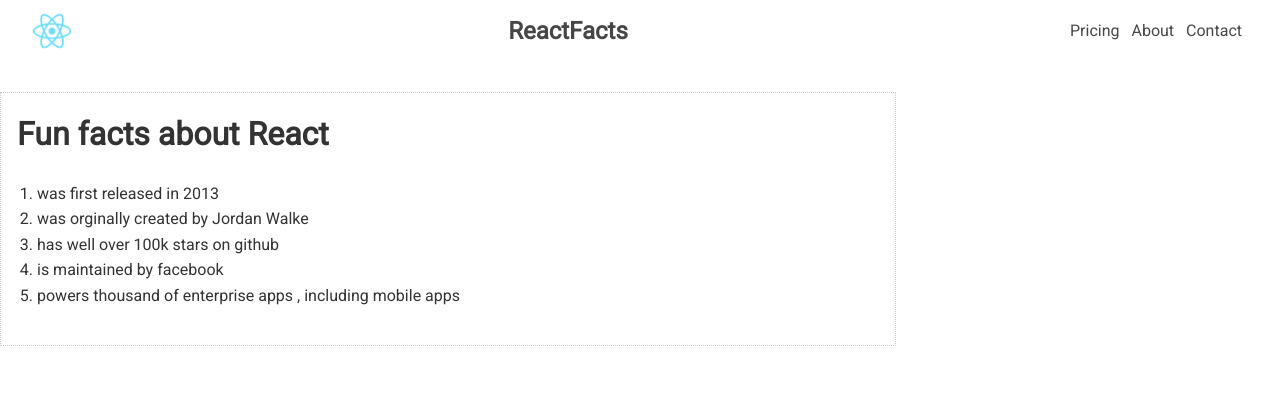
Repository: Richswag009/my-travel-journal
Page: /
The author's editor kept a copy of each file at every save. The page is drawn from the files as they stood at one save, then again after the next save.
The browser window is 1280 px wide. The pictures show the whole page.
The project was rebuilt for these pictures with package versions that can differ from the ones it lists, and the page was loaded fresh each time.

Above is the page before, as saved 2022-06-14 18:18:54.

### public/index.html
<!DOCTYPE html>
<html lang="en">
  <head>
    <meta charset="utf-8" />
    <link rel="icon" href="%PUBLIC_URL%/favicon.ico" />
    <meta name="viewport" content="width=device-width, initial-scale=1" />
    <meta name="theme-color" content="#000000" />
    <meta name="description"content="Web site created using create-react-app"/>
    <link rel="apple-touch-icon" href="%PUBLIC_URL%/logo192.png" />
    <link rel="manifest" href="%PUBLIC_URL%/manifest.json" />
    <title>React Fact</title>
  </head>
  <body>
    <noscript>You need to enable JavaScript to run this app.</noscript>
    <div id="root"></div>

  </body>
</html>

### src/App.js

import React,{Component} from 'react';
import './App.css';
import Maincontent from './component/maincontent/Maincontent';
import Navbar from './component/layout/Navbar';
// import Users from './component/users/Users';
class App extends Component{
  render(){

    return (
      <div className="App">
       <Navbar/>
       <Maincontent/>
        </div>
    );
  }
}

export default App;

### src/App.css
@import url('https://fonts.googleapis.com/css?family=Roboto');

/* Global Styles */
:root {
  --primary-color: #dc3545;
  --dark-color: #333333;
  --light-color: #f4f4f4;
  --danger-color: #dc3545;
  --success-color: #28a745;
}

* {
  box-sizing: border-box;
  margin: 0;
  padding: 0;
}

body {
  font-family: 'Roboto', sans-serif;
  font-size: 1rem;
  line-height: 1.6;
  background-color: #fff;
  color: #333;
}

a {
  color: var(--primary-color);
  text-decoration: none;
}

a:hover {
  color: #666;
}

ul {
  list-style: none;
}

img {
  width: 100%;
}

/* Utilities */
.container {
  max-width: 1100px;
  margin: auto;
  overflow: hidden;
  padding: 0 2rem;
}

/* Text Styles*/
.x-large {
  font-size: 4rem;
  line-height: 1.2;
  margin-bottom: 1rem;
}

.large {
  font-size: 3rem;
  line-height: 1.2;
  margin-bottom: 1rem;
}

.lead {
  font-size: 1.5rem;
  margin-bottom: 1rem;
}

.text-center {
  text-align: center;
}

.text-primary {
  color: var(--primary-color);
}

.text-dark {
  color: var(--dark-color);
}

.text-success {
  color: var(--success-color);
}

.text-danger {
  color: var(--danger-color);
}

.text-center {
  text-align: center;
}

.text-right {
  text-align: right;
}

.text-left {
  text-align: left;
}

/* Center All */
.all-center {
  display: flex;
  flex-direction: column;
  width: 100%;
  margin: auto;
  justify-content: center;
  align-items: center;
  text-align: center;
}

/* Cards */
.card {
  padding: 1rem;
  border: #ccc 1px dotted;
  margin: 0.7rem 0;
}

/* List */
.list {
  margin: 0.5rem 0;
}

.list li {
  padding-bottom: 0.3rem;
}

/* Padding */
.p {
  padding: 0.5rem;
}
.p-1 {
  padding: 1rem;
}
.p-2 {
  padding: 2rem;
}
.p-3 {
  padding: 3rem;
}
.py {
  padding: 0.5rem 0;
}
.py-1 {
  padding: 1rem 0;
}
.py-2 {
  padding: 2rem 0;
}
.py-3 {
  padding: 3rem 0;
}

/* Margin */
.m {
  margin: 0.5rem;
}
.m-1 {
  margin: 1rem;
}
.m-2 {
  margin: 2rem;
}
.m-3 {
  margin: 3rem;
}
.my {
  margin: 0.5rem 0;
}
.my-1 {
  margin: 1rem 0;
}
.my-2 {
  margin: 2rem 0;
}
.my-3 {
  margin: 3rem 0;
}

/* Grid */
.grid-2 {
  display: grid;
  grid-template-columns: repeat(2, 1fr);
  grid-gap: 1rem;
}

.grid-3 {
  display: grid;
  grid-template-columns: repeat(3, 1fr);
  grid-gap: 1rem;
}

.grid-4 {
  display: grid;
  grid-template-columns: repeat(4, 1fr);
  grid-gap: 1rem;
}

.btn {
  display: inline-block;
  background: var(--light-color);
  color: #333;
  padding: 0.4rem 1.3rem;
  font-size: 1rem;
  border: none;
  cursor: pointer;
  margin-right: 0.5rem;
  transition: opacity 0.2s ease-in;
  outline: none;
}

.btn-link {
  background: none;
  padding: 0;
  margin: 0;
}

.btn-block {
  display: block;
  width: 100%;
}

.btn-sm {
  font-size: 0.8rem;
  padding: 0.3rem 1rem;
  margin-right: 0.2rem;
}

.badge {
  display: inline-block;
  font-size: 0.8rem;
  padding: 0.2rem 0.7rem;
  text-align: center;
  margin: 0.3rem;
  background: var(--light-color);
  color: #333;
  border-radius: 5px;
}

.alert {
  padding: 0.7rem;
  margin: 1rem 0;
  opacity: 0.9;
  background: var(--light-color);
  color: #333;
}

.btn-primary,
.bg-primary,
.badge-primary,
.alert-primary {
  background: var(--primary-color);
  color: #fff;
}

.btn-light,
.bg-light,
.badge-light,
.alert-light {
  background: var(--light-color);
  color: #333;
}

.btn-dark,
.bg-dark,
.badge-dark,
.alert-dark {
  background: var(--dark-color);
  color: #fff;
}

.btn-danger,
.bg-danger,
.badge-danger,
.alert-danger {
  background: var(--danger-color);
  color: #fff;
}

.btn-success,
.bg-success,
.badge-success,
.alert-success {
  background: var(--success-color);
  color: #fff;
}

.btn-white,
.bg-white,
.badge-white,
.alert-white {
  background: #fff;
  color: #333;
  border: #ccc solid 1px;
}

.btn:hover {
  opacity: 0.8;
}

.bg-light,
.badge-light {
  border: #ccc solid 1px;
}

.round-img {
  border-radius: 50%;
}

/* Forms */
input {
  margin: 1.2rem 0;
}

.form-text {
  display: block;
  margin-top: 0.3rem;
  color: #888;
}

input[type='text'],
input[type='email'],
input[type='password'],
input[type='date'],
select,
textarea {
  display: block;
  width: 100%;
  padding: 0.4rem;
  font-size: 1.2rem;
  border: 1px solid #ccc;
}

input[type='submit'],
button {
  font: inherit;
}

table th,
table td {
  padding: 1rem;
  text-align: left;
}

table th {
  background: var(--light-color);
}

/* Navbar */
.navbar {
  display: flex;
  justify-content: space-between;
  align-items: center;
  padding: 0.7rem 2rem;
  z-index: 1;
  width: 100%;
  opacity: 0.9;
  margin-bottom: 1rem;
}

.navbar ul {
  display: flex;
}
.navbar ul li{
  padding:0 6px ;
}

.navbar a {
  color: #fff;
  padding: 0.45rem;
  margin: 0 0.25rem;
}

.navbar a:hover {
  color: var(--light-color);
}

.navbar .welcome span {
  margin-right: 0.6rem;
}

/* Mobile Styles */
@media (max-width: 700px) {
  .hide-sm {
    display: none;
  }

  .grid-2,
  .grid-3,
  .grid-4 {
    grid-template-columns: 1fr;
  }

  /* Text Styles */
  .x-large {
    font-size: 3rem;
  }

  .large {
    font-size: 2rem;
  }

  .lead {
    font-size: 1rem;
  }

  /* Navbar */
  .navbar {
    display: block;
    text-align: center;
  }

  .navbar ul {
    text-align: center;
    justify-content: center;
  }
}

### src/component/maincontent/Maincontent.js
import React, { Component } from 'react'

export default class Maincontent extends Component {



    render() {
        return (
            <div className=' grid card ' style={{width:'70%',margin:'30px 0'}}>
               <h1>Fun facts about React</h1>
               <ol style={{margin:'20px'}}>
                <li>was first released in 2013</li>
                <li>was orginally created by Jordan Walke</li>
                <li>has well over 100k stars on github</li>
                <li>is maintained by facebook</li>
                <li>powers thousand of enterprise apps , including mobile apps</li>
               </ol>
            </div>
        )
    }

}

### src/component/layout/Navbar.js
import React, { Component } from 'react'
import logo from '../layout/logo192.png'


export default class Navbar extends Component {


    render() {
        return (
            <div>
                <nav className='navbar'>
                 <img src={logo} alt="" style={{width:'40px',dispaly:'block'}} />
                 <h1>ReactFacts</h1>

                <ul className='px-2'>
                    <li>Pricing </li>
                    <li>About </li>
                    <li>Contact </li>
                </ul>
                </nav>
            </div>
        )
    }
}

Loaded but not shown: src/index.js (common file)

After the next save:
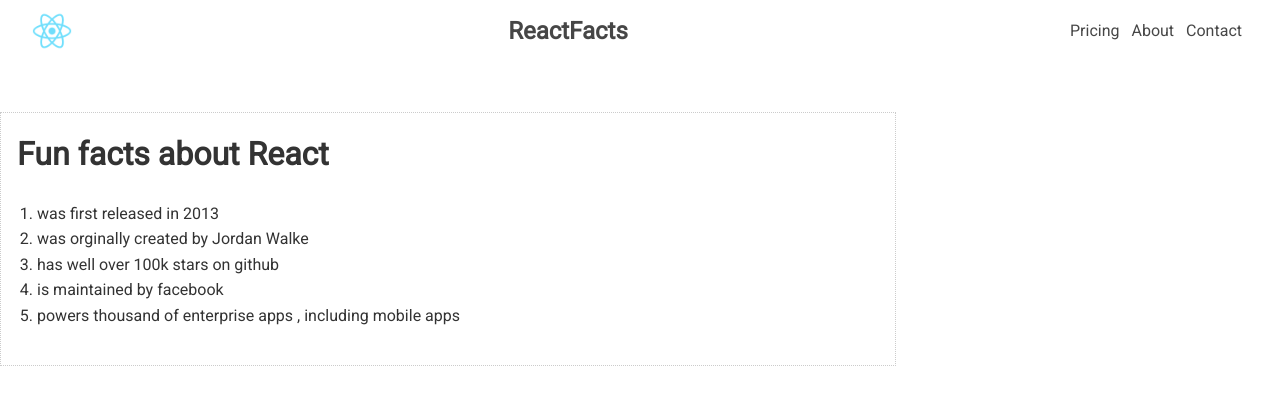
Saved 7 s later.
--- a/src/component/maincontent/Maincontent.js
+++ b/src/component/maincontent/Maincontent.js
@@ -6,7 +6,7 @@
 
     render() {
         return (
-            <div className=' grid card ' style={{width:'70%',margin:'30px 0'}}>
+            <div className=' grid card ' style={{width:'70%',margin:'50px 0'}}>
                <h1>Fun facts about React</h1>
                <ol style={{margin:'20px'}}>
                 <li>was first released in 2013</li>
